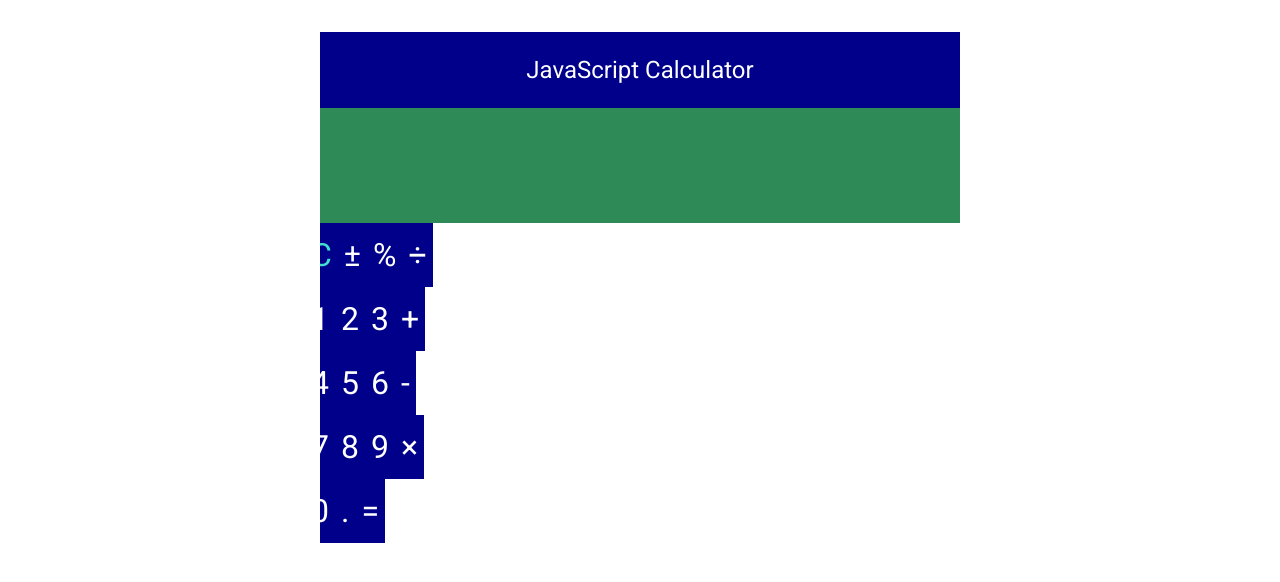
Repository: derektypist/js-calculator
Page: index.html
The author's editor kept a record of every edit. The page is drawn from the files as they stood at one moment, then again after the next edit.
The browser window is 1280 px wide. The pictures show the whole page.

Above is the page before.

After the next edit:
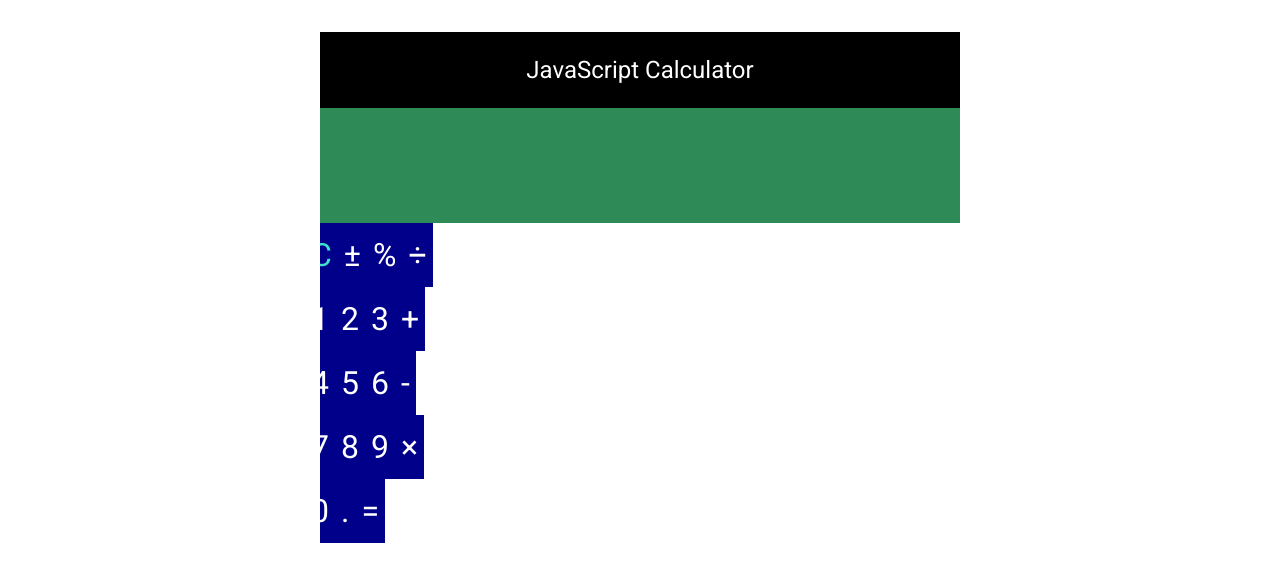
The edit:
--- a/index.html
+++ b/index.html
@@ -28,7 +28,7 @@
         /* Title */
 
         #title {
-            background: darkblue;
+            background: black;
             font-size: 1.5em;
             color: white;
             text-align: center;
